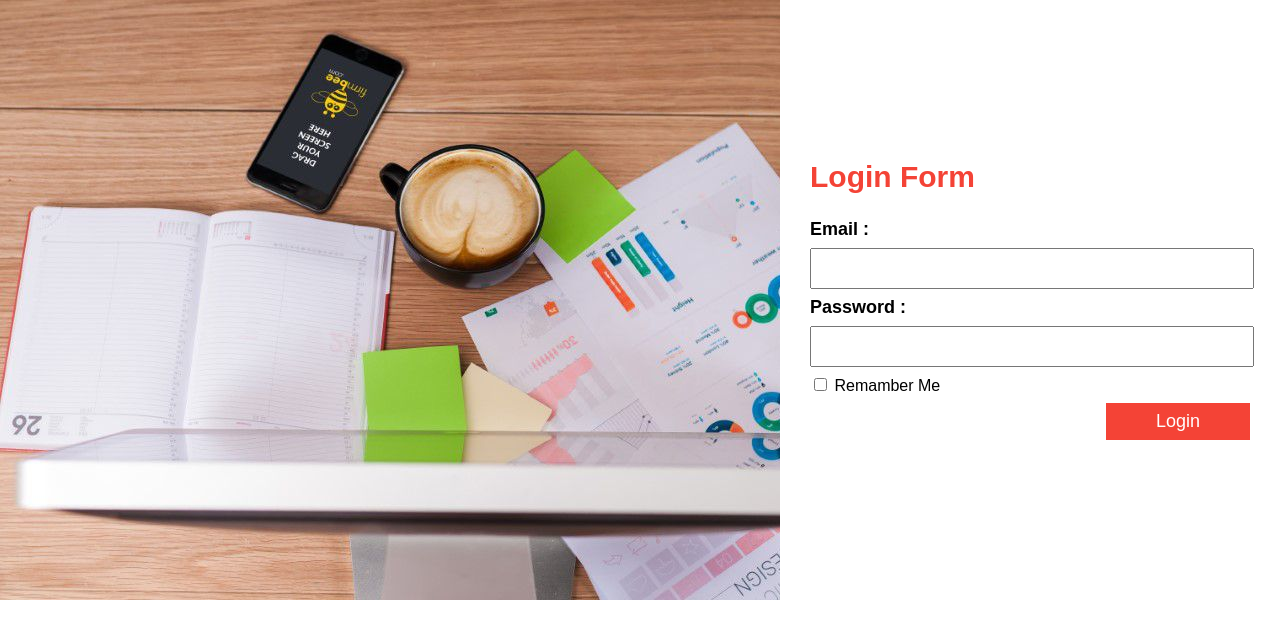
Repository: bayulalu/sekolah-orgaisasi
Page: http://localhost/login-user
An editor plug-in stored every save of this project. The page is shown before and after the next save, followed by the edit.
The browser window is 1280 px wide. The pictures show the whole page.
The page is served by the project's Laravel application, run on PHP 8.4 with Laravel 8.

Above is the page before, as saved 2020-07-19 14:02:36.

After the next save:
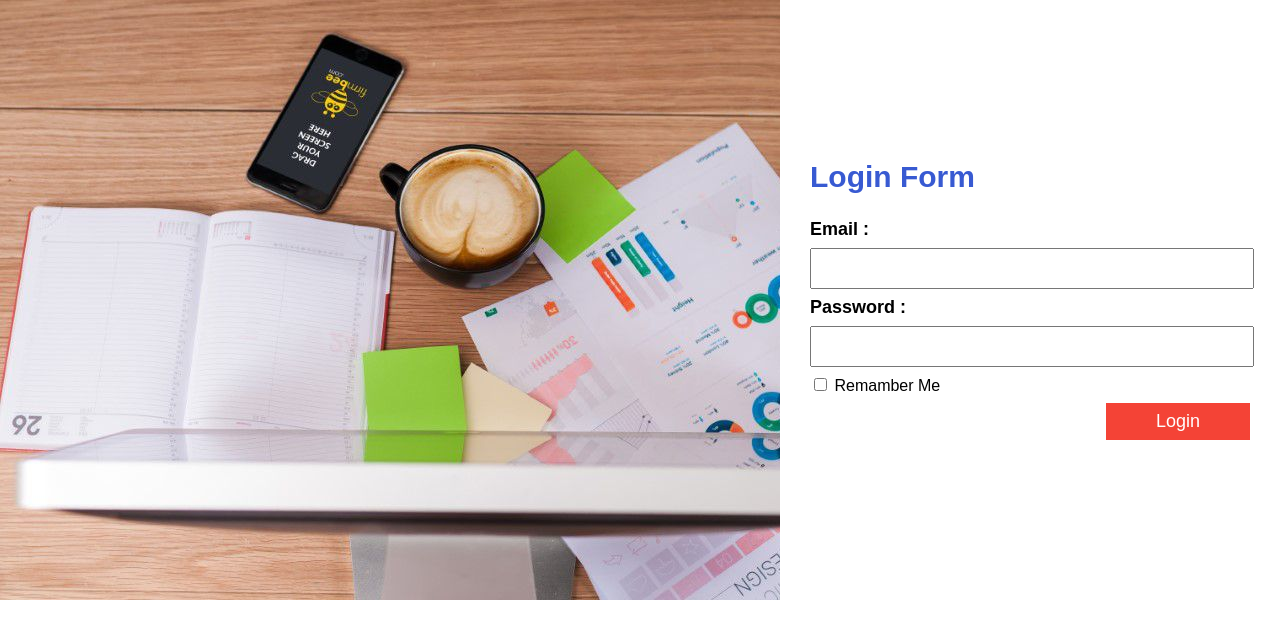
Saved 29 s later.
--- a/public/css/login.css
+++ b/public/css/login.css
@@ -30,7 +30,7 @@ html {
 }
 .login h2 {
     font-size: 30px;
-    color: #f44336;
+    color: #385ad2;
 }
 .login label {
     display: block;
